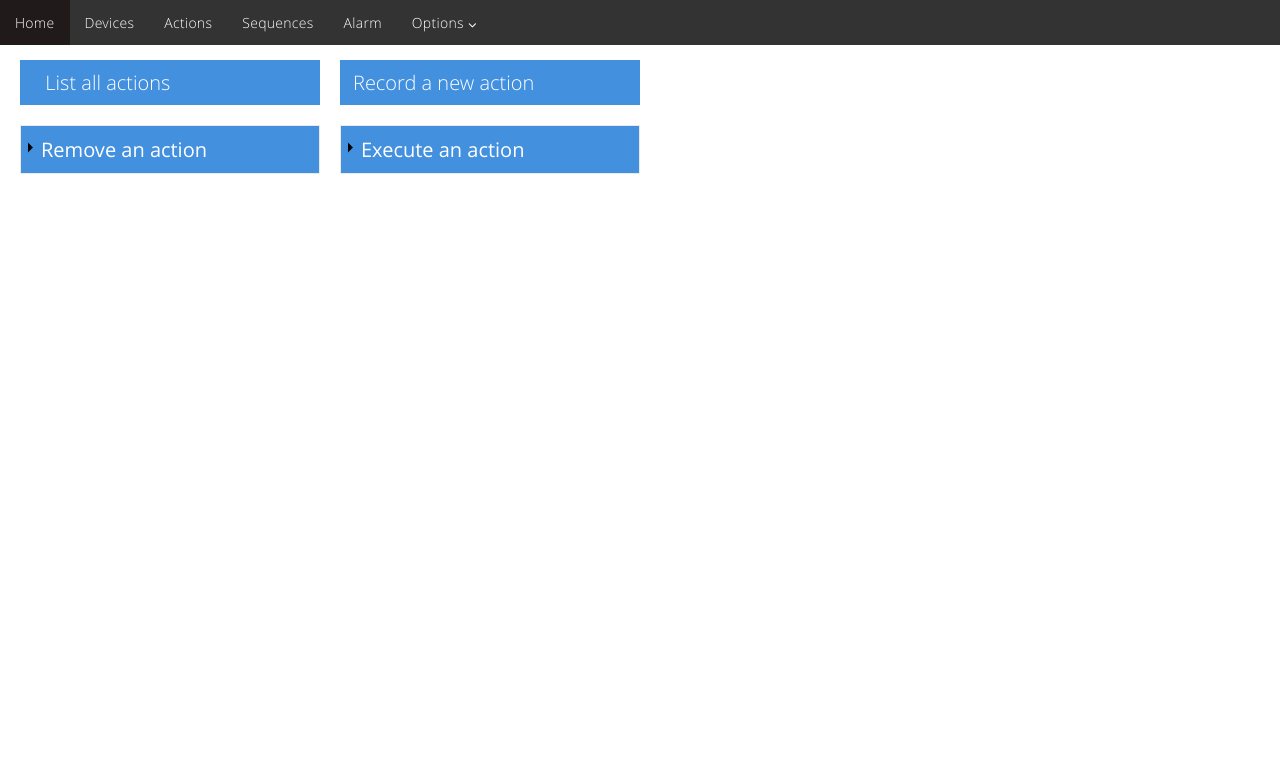
Repository: Pietvergiet/RPiProject
Page: http://localhost/RPi/Action.jsp
These files come from the project's save history. The page is drawn as it stood at one moment and after the next save; the edit follows.
The browser window is 1280 px wide. The pictures show the whole page.
The page is served by Tomcat 9. Nobody is signed in. The application's start-up code is not run. Other server files are loaded and not shown.

Above is the page before, as saved 2014-10-28 12:40:29.

### RPi/src/main/webapp/Action.jsp
<%@ page language="java" contentType="text/html; charset=ISO-8859-1"
    pageEncoding="ISO-8859-1"%>
<!DOCTYPE html PUBLIC "-//W3C//DTD HTML 4.01 Transitional//EN" "http://www.w3.org/TR/html4/loose.dtd">
<html>
<head>

        <link rel="stylesheet" href="BootstrapMetro/docs/css/metro-bootstrap.css">
        <script src="BootstrapMetro/docs/js/jquery/jquery.min.js"></script>
        <script src="BootstrapMetro/docs/js/jquery/jquery.widget.min.js"></script>
        <script src="BootstrapMetro/min/metro.min.js"></script>
        <link rel="shortcut icon" href="images/remote_control.ico" />
	    <title>SuperRemotely</title>

</head>
<body class="metro">
<!-- Header -->
<nav class="navigation-bar dark fixed-top">
	<nav class="navigation-bar-content">
        <ul class="element-menu">
        	<li><a href="/RPi">Home</a></li>
        	<li><a href="./Devices">Devices</a></li>
        	<li><a href="./Action">Actions</a></li>
        	<li><a href="#Sequence">Sequences</a></li>
        	<li><a href="#Alarm">Alarm</a></li>
        	<li>
                <a class="dropdown-toggle" href="#Options">Options</a>
                <ul class="dropdown-menu dark" data-role="dropdown" style="display: none;">
                	<li><a href="#Time">Set the time</a></li>
                    <li><a href="#Record">Record new action</a></li>
                    <li><a href="#Add">Add a new Device</a></li>
                    <li><a href="#Remove">Remove a device</a></li>
                    <li><a href="#Edit">Remove an action</a></li>
                </ul>
            </li>
    	</ul>
    </nav>
</nav>

<!-- Body -->
<div class="grid" style="margin-left:20px;margin-top:60px">
	<div class="grid">

		<form method="post" action="doAction">
			<div class="row" >
				<div class="span4"><input name="button" class="bg-lightBlue bg-hover-darkBlue fg-white" type="submit" value="List all actions			" style="font-size:20px; height:45px; width:300px;"></div>
				<div class="span4"><input name="button" class="bg-lightBlue bg-hover-darkBlue fg-white" type="submit" value="Record a new action			" style="font-size:20px; height:45px; width:300px;"></div>
			</div>
			<div class="row">
				<div class="accordion with-marker span4 place-left" data-role="accordion" data-closeany="false">

					<div class="accordion-frame" style="font-size:20px;">
    					<a class="heading bg-lightBlue fg-white collapsed" href="#">Remove an action</a>
       	 				<div class="content" style="display: none;">
        					<p>Fill in the ID of the action <br>that should be removed.<p>
        					<p><input name="remDev" type="text" data-state="info"></p>
        					<p><input name="button" class="bg-lightBlue bg-hover-darkBlue fg-white" type="submit" value="Remove" style="font-size:15px; height:50px; width:175px;"></p>
        				</div>
					</div>
				</div>
				<div class="accordion with-marker span4 place-left" data-role="accordion" data-closeany="false">

					<div class="accordion-frame" style="font-size:20px;">
    					<a class="heading bg-lightBlue fg-white collapsed" href="#">Execute an action</a>
       	 				<div class="content" style="display: none;">
        					<p>Fill in the ID of the action <br>that should be executed.<p>
        					<p><input name="remDev" type="text" data-state="info"></p>
        					<p><input name="button" class="bg-lightBlue bg-hover-darkBlue fg-white" type="submit" value="Execute" style="font-size:15px; height:50px; width:175px;"></p>
        				</div>
					</div>
				</div>
			</div>
		</form>
	</div>
</div>
</body>
</html>

Loaded but not shown: RPi/src/main/webapp/BootstrapMetro/docs/css/metro-bootstrap.css (library); RPi/src/main/webapp/BootstrapMetro/docs/js/jquery/jquery.min.js (library); RPi/src/main/webapp/BootstrapMetro/docs/js/jquery/jquery.widget.min.js (library); RPi/src/main/webapp/BootstrapMetro/min/metro.min.js (library)

After the next save:
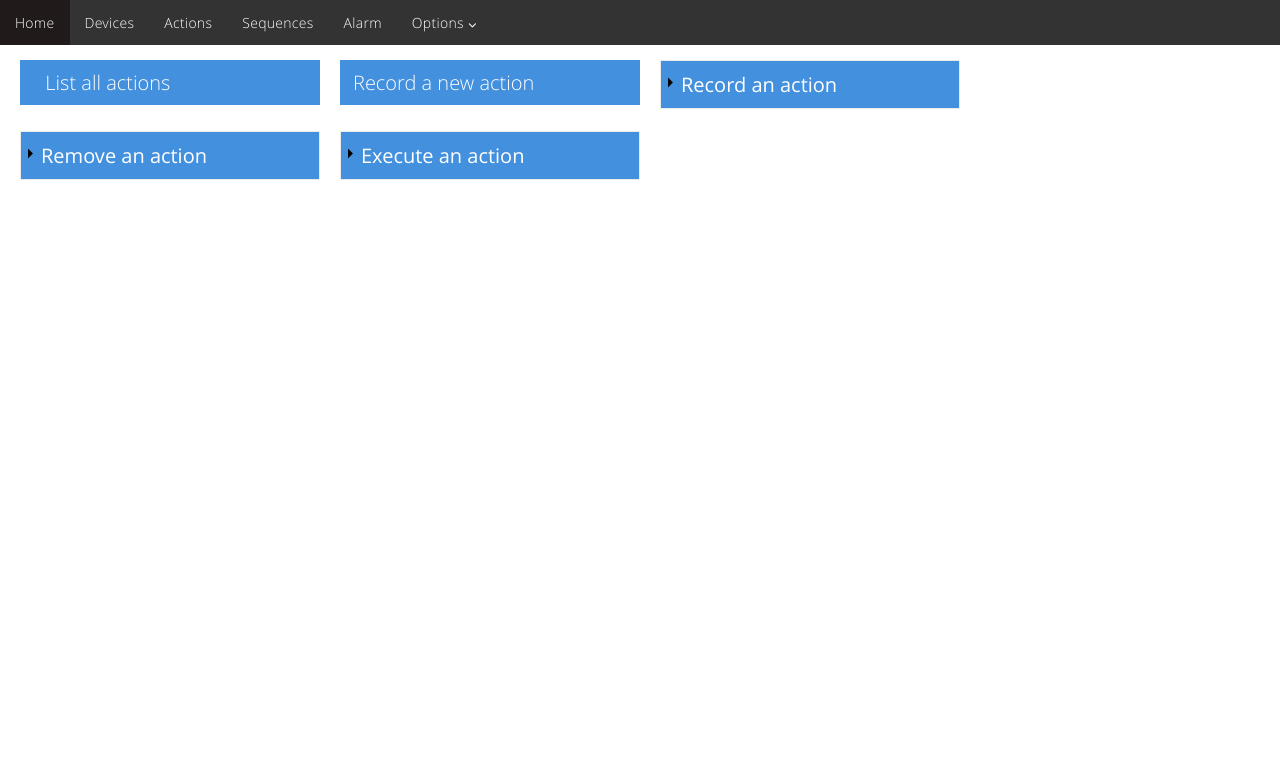
Saved 81 s later.
--- a/RPi/src/main/webapp/Action.jsp
+++ b/RPi/src/main/webapp/Action.jsp
@@ -44,6 +44,19 @@
 			<div class="row" >
 				<div class="span4"><input name="button" class="bg-lightBlue bg-hover-darkBlue fg-white" type="submit" value="List all actions			" style="font-size:20px; height:45px; width:300px;"></div>
 				<div class="span4"><input name="button" class="bg-lightBlue bg-hover-darkBlue fg-white" type="submit" value="Record a new action			" style="font-size:20px; height:45px; width:300px;"></div>
+				<div class="accordion with-marker span4 place-left" data-role="accordion" data-closeany="false">
+
+					<div class="accordion-frame" style="font-size:20px;">
+    					<a class="heading bg-lightBlue fg-white collapsed" href="#">Record an action</a>
+       	 				<div class="content" style="display: none;">
+        					<p>Fill in the ID of the action <br>that should be added.<p>
+        					<p><input name="remDev" type="text" data-state="info"></p>
+        					<p>Fill in the name of the action <br>that should be added.<p>
+        					<p><input name="remDev" type="text" data-state="info"></p>
+        					<p><input name="button" class="bg-lightBlue bg-hover-darkBlue fg-white" type="submit" value="Record" style="font-size:15px; height:50px; width:175px;"></p>
+        				</div>
+					</div>
+				</div>
 			</div>
 			<div class="row">
 				<div class="accordion with-marker span4 place-left" data-role="accordion" data-closeany="false">
